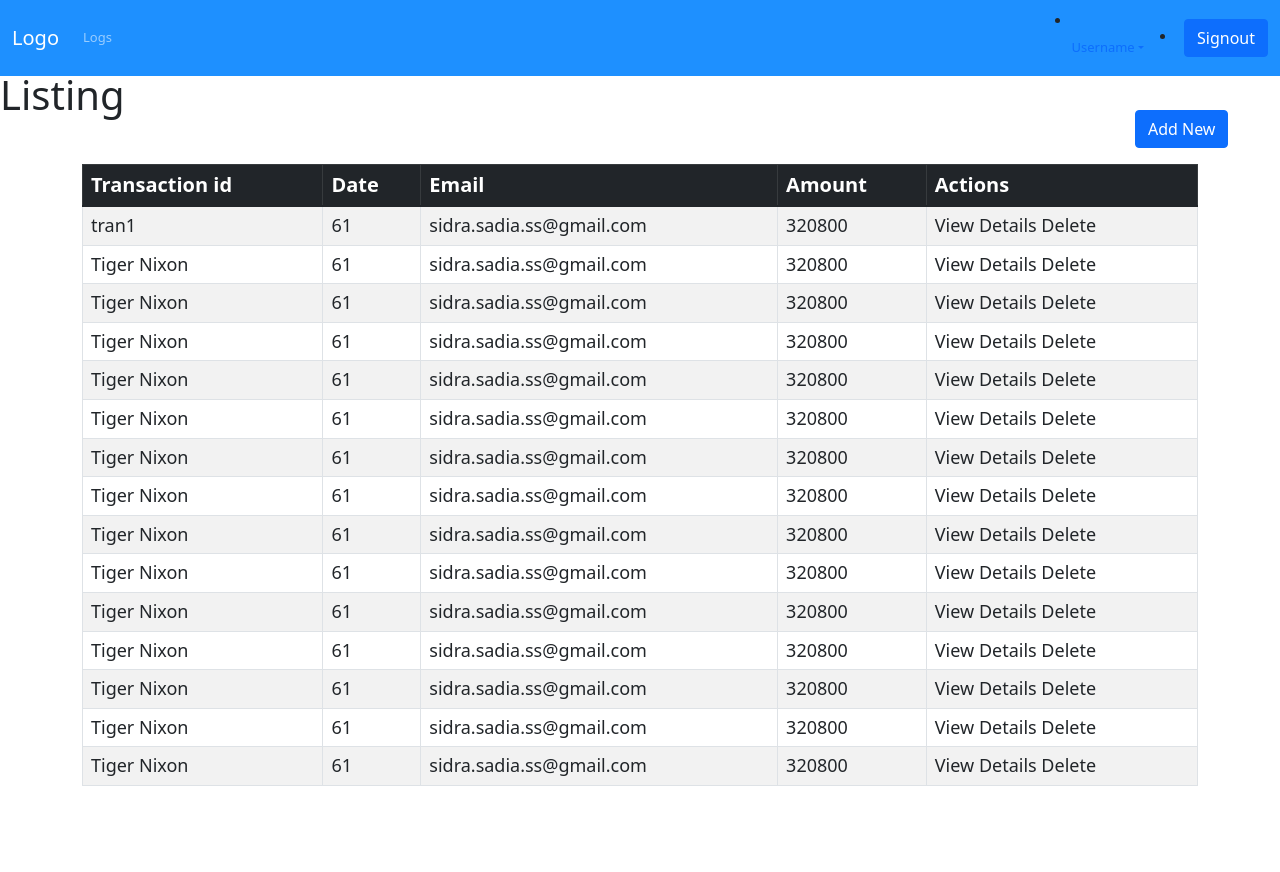
Repository: Sadia-Naveed-Shaikh/JavaScript-Website
Page: src/Listing.html
These files come from the project's save history. The page is drawn as it stood at one moment and after the next save; the edit follows.
The browser window is 1280 px wide. The pictures show the whole page.
An inner scrolling area shows only its first screen. Some web libraries are served in a nearby version.

Above is the page before, as saved 2021-10-28 17:33:14.

After the next save:
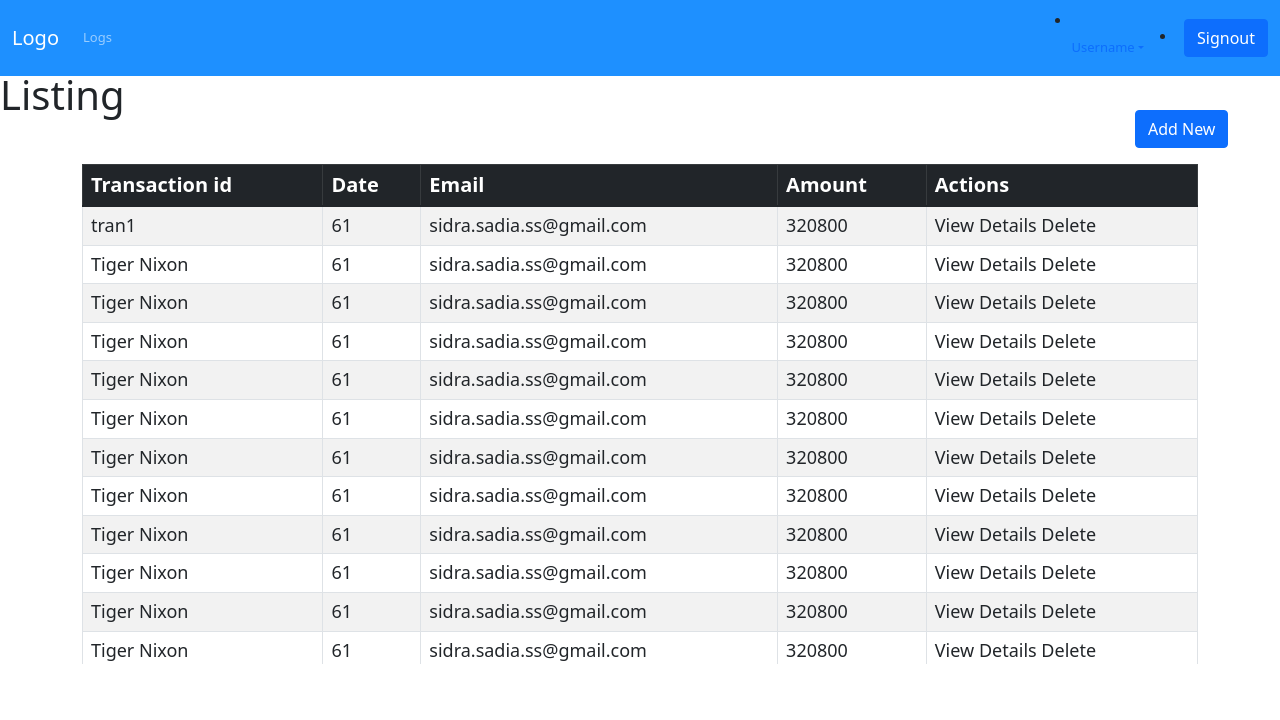
Saved 7 s later.
--- a/src/Listing.html
+++ b/src/Listing.html
@@ -31,7 +31,7 @@
 
     .my-custom-scrollbar {
         position: relative;
-        height: 700px;
+        height: 500px;
         overflow: auto;
     }
 
